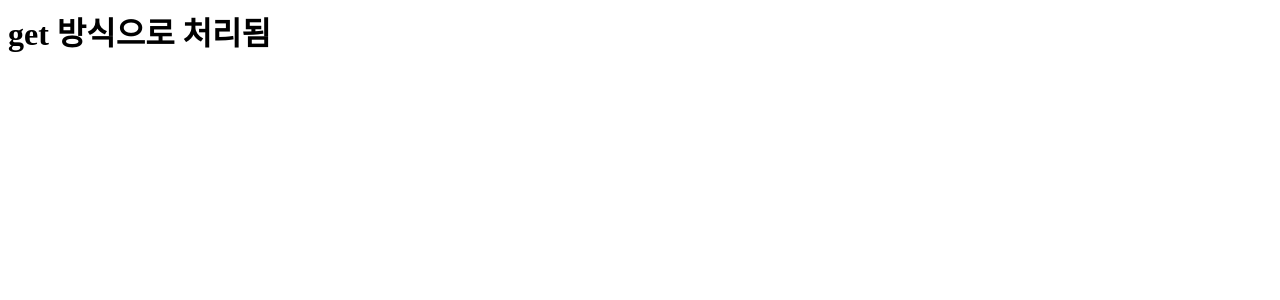
Repository: yjeongyjeong/jsp
Page: http://localhost/web-study-02/method
These files come from the project's save history. The page is drawn as it stood at one moment and after the next save; the edit follows.
The browser window is 1280 px wide. The pictures show the whole page.
The page is served by Tomcat 9.

Above is the page before, as saved 2023-10-10 05:59:00.

After the next save:
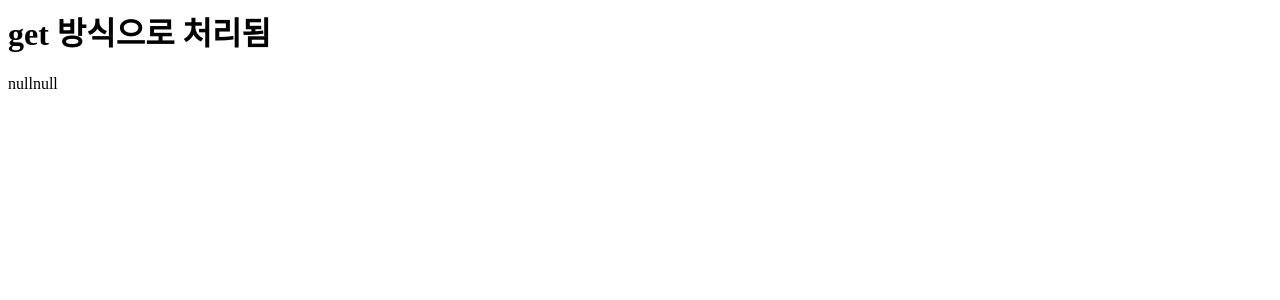
Saved 17 s later.
--- a/web-study-02/src/main/java/unit02/MethodServlet.java
+++ b/web-study-02/src/main/java/unit02/MethodServlet.java
@@ -21,6 +21,8 @@ public class MethodServlet extends HttpServlet {
 
 		PrintWriter out = response.getWriter();
 		out.print("<h1>get 방식으로 처리됨</h1>");
+		out.print(name);
+		out.print(age);
 
 		out.close();
 	}
